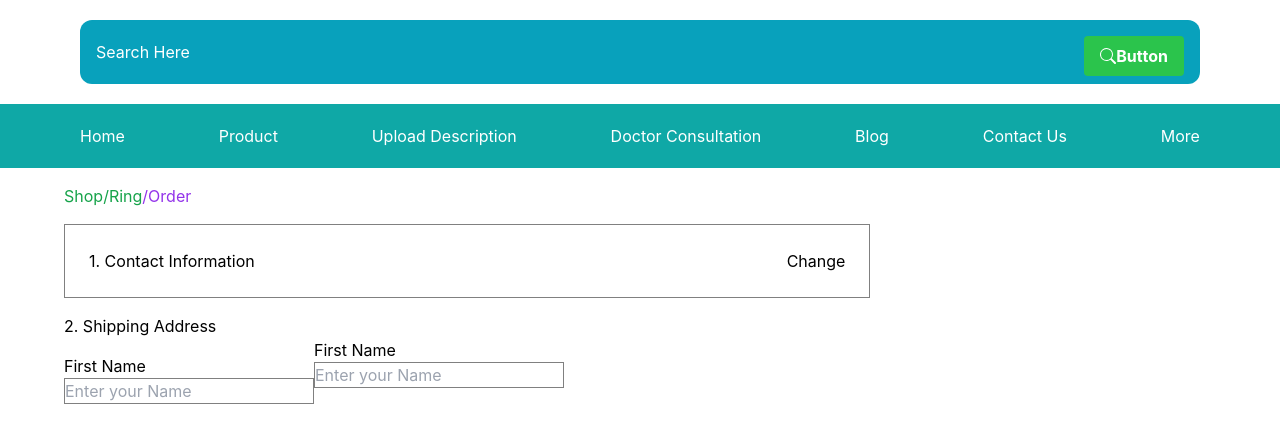
Repository: arafatmollah/form-pharma
Page: /
These files come from the project's save history. The page is drawn as it stood at one moment and after the next save; the edit follows.
The browser window is 1280 px wide. The pictures show the whole page.
The project was rebuilt for these pictures with package versions that can differ from the ones it lists, and the page was loaded fresh each time.

Above is the page before, as saved 2023-03-14 23:47:53.

After the next save:
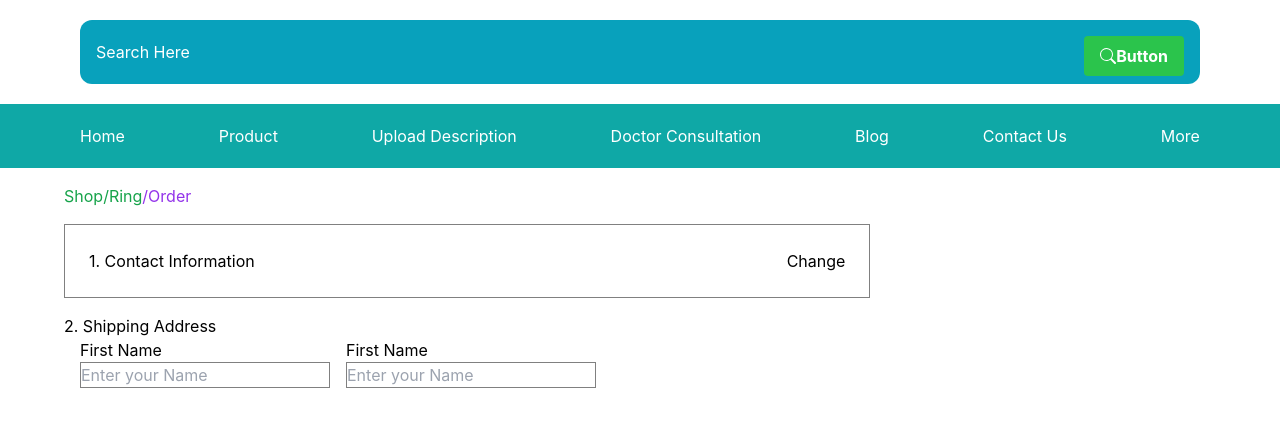
Saved 9 s later.
--- a/src/Form.js
+++ b/src/Form.js
@@ -18,7 +18,7 @@ function form() {
               <p>2. Shipping Address</p>
               <form>
                <div className='flex'>
-               <div className='my-4'>
+               <div className='mx-4'>
                 <label>First Name</label> <br></br>
                 <input className='input' type='text' placeholder="Enter your Name"></input>
                 </div>
